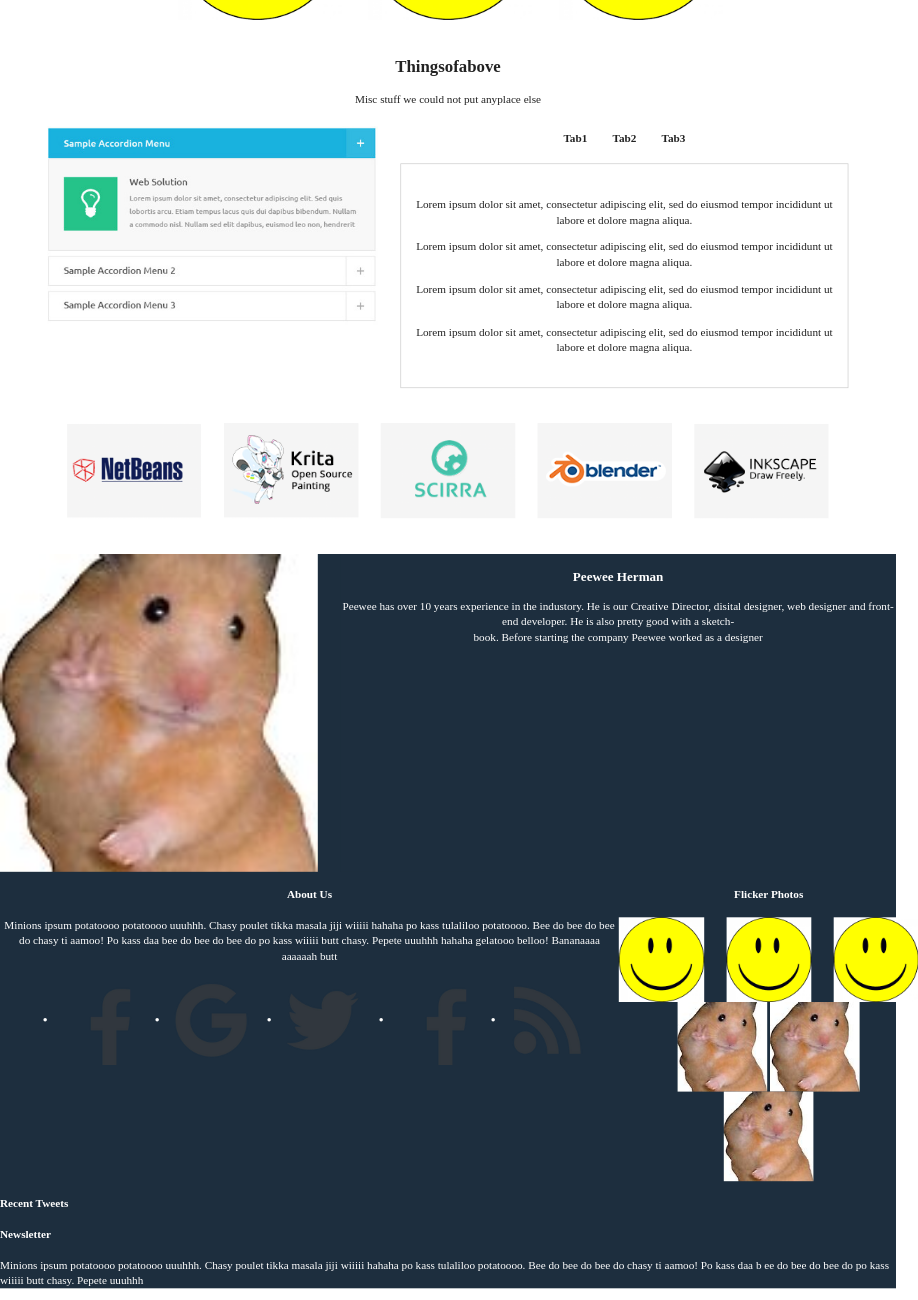
Repository: KanaKimishima/project1-responsive
Page: index.html
The author's editor kept a copy of each file at every save. The page is drawn from the files as they stood at one save, then again after a run of saves.
The browser window is 1280 px wide. The page is 1312 px wide, so the pictures cover 1312 px, including what lies to the right of the window. The pictures show the part of the page from y = 2178 to 4058 px (the page is 4035 px tall before and 4058 px after), at 70% of full size.

Above is the page before, as saved 2023-02-06 22:23:38.

### index.html
<!doctype html>
<html class="no-js" lang="">

<head>
  <meta charset="utf-8">
  <title></title>
  <meta name="description" content="">
  <meta name="viewport" content="width=device-width, initial-scale=1">

  <meta property="og:title" content="">
  <meta property="og:type" content="">
  <meta property="og:url" content="">
  <meta property="og:image" content="">

  <link rel="manifest" href="site.webmanifest">
  <link rel="apple-touch-icon" href="icon.png">
  <!-- Place favicon.ico in the root directory -->

  <link rel="stylesheet" href="css/normalize.css">
  <link rel="stylesheet" href="css/main.css">
</head>

<body class="page page-home">
    <header class="page__header">
        <img src="img/logo.png" alt="" class="logo">
        <a href="/">
            <div class="navTab homeTab">
                <img src="img/Home.png" class="navBarIcons">
                <h5>Home</h5>
            </div>
        </a>
        <a href="/">
            <div class="navTab pagesTab">
                <img src="img/pages.png" class="navBarIcons">
                <h5> Pages</h5>
            </div>
        </a>
        <a href="/">
            <div class="navTab blogTab">
                <img src="img/blog.png" class="navBarIcons">
                <h5>Blog</h5>
            </div>
        </a>
        <a href="/">
            <div class="navTab portfolioTab">
                <img src="img/profolio.png" class="navBarIcons">
                <h5>Portfolio</h5>
            </div>
        </a>
        <a href="/">
            <div class="navTab home2Tab">
                <img src="img/home2.png" class="navBarIcons">
                <h5>Home2</h5>
            </div>
        </a>
    </header> <!-- page__header ends here-->

    <div class="page_slide_column">
        <div class="row">
            <img class="minion" src="img/minion.jpg" alt>
        </div>
    </div> <!-- page_slide_column ends here-->


    <div class="page__intro">
        <div class="row">
            <h1 class="heading">Hey guys! This is the <span class="text-color">Metrolics</span> theme. <br>It sports a responsive layout with a mobile layout.</h1>
        </div>
    </div> <!-- page__intro ends here-->

    <section class="about">
        <div class="row">
            <div class="column">
                <h2 class="heading">Things That We Do</h2>
                <p class="text">ask us what we can do for you.</p>
            </div>
        </div>
        <div class="row">
            <div class="column">
                <img src="img/solutions.png" class="things">
                <h3 class="heading">Web Solutions</h3>
                <p class="text">We are a fairly small, flexible design studio that designs for print and web. We work flexibly with clients to fulfil their design needs. Whether you need to create a brand from scratch, including marketing materials and a beautiful and functional website or whether you are looking for a design refresh we are confident you will be pleased with the results.</p>
            </div>
            <div class="column">
                <img src="img/photo.png"  class="things">
                <h3 class="heading">Photography</h3>
                <p class="text">We are a fairly small, flexible design studio that designs for print and web. We work flexibly with clients to fulfil their design needs. Whether you need to create a brand from scratch, including marketing materials and a beautiful and functional website or whether you are looking for a design refresh we are confident you will be pleased with the results.</p>
            </div>
            <div class="column">
                <img src="img/web development.png" class="things">
                <h3 class="heading">Web Development</h3>
                <p class="text">We are a fairly small, flexible design studio that designs for print and web. We work flexibly with clients to fulfil their design needs. Whether you need to create a brand from scratch, including marketing materials and a beautiful and functional website or whether you are looking for a design refresh we are confident you will be pleased with the results.</p>
            </div>
            <div class="column">
                <img src="img/design.png" class="things">
                <h3 class="heading">Web Design</h3>
                <p class="text">We are a fairly small, flexible design studio that designs for print and web. We work flexibly with clients to fulfil their design needs. Whether you need to create a brand from scratch, including marketing materials and a beautiful and functional website or whether you are looking for a design refresh we are confident you will be pleased with the results.</p>
            </div>
        </div>
    </section> <!-- about ends here-->


    <section class="projects--new">
        <div class="row">
            <div class="secondHeader">
                <h2 class="heading">What's up Lately?</h2>
                <p class="text">Read up on our latest work</p>
            </div>
        </div>
        <div class="row">
            <div class="column">
                <img src="img/Happy.png" class="happy" alt="">

            </div>
            <div class="column">
                <img src="img/Happy.png" class="happy" alt="">
            </div>
            <div class="column">
                <img src="img/Happy.png" class="happy" alt="">
            </div>
        </div>
    </section> <!-- projects--new ends here-->

    <section class="projects">
        <div class="row">
            <div class="heading">
                <h2 class="heading">Our Latest Projects</h2>
                <p class="text">Client happy? We are happy.</p>
            </div>
        </div>
        <div class="row happyimages">
            <div class="column">
                <img src="img/Happy.png" class="happy" alt="">
            </div>
            <div class="column">
                <img src="img/Happy.png" class="happy" alt="">
            </div>
            <div class="column">
                <img src="img/Happy.png" class="happy" alt="">
            </div>
        </div>
        <div class="row happyimages">
            <div class="column">
                <img src="img/Happy.png" class="happy" alt="">
            </div>
            <div class="column">
                <img src="img/Happy.png" class="happy" alt="">
            </div>
            <div class="column">
                <img src="img/Happy.png" class="happy" alt="">
            </div>
        </div>
    </section> <!-- projects ends here-->

    <section class="thingsofabove">
        <div class="row">
            <div class="heading">
                <h2 class="heading">Thingsofabove</h2>
                <p class="text">Misc stuff we could not put anyplace else</p>
            </div>
        </div>
        <div class="row">
            <div class="column">
                <div class="sampleaccordion">
                    <img src="img/accordion.png" alt="">
                </div>
            </div>
            <div class="column">
                <div class="tabset">
                    <!-- Tab 1 -->
                    <input type="radio" name="tabset" id="tab1" aria-controls="marzen" checked>
                    <label for="tab1">Tab1</label>
                    <!-- Tab 2 -->
                    <input type="radio" name="tabset" id="tab2" aria-controls="rauchbier">
                    <label for="tab2">Tab2</label>
                    <!-- Tab 3 -->
                    <input type="radio" name="tabset" id="tab3" aria-controls="dunkles">
                    <label for="tab3">Tab3</label>

                    <div class="tab-panels">
                        <section id="marzen" class="tab-panel">
                            <p>Lorem ipsum dolor sit amet, consectetur adipiscing elit, sed do eiusmod tempor incididunt ut labore et dolore magna aliqua.</p>
                            <p>Lorem ipsum dolor sit amet, consectetur adipiscing elit, sed do eiusmod tempor incididunt ut labore et dolore magna aliqua.</p>
                            <p>Lorem ipsum dolor sit amet, consectetur adipiscing elit, sed do eiusmod tempor incididunt ut labore et dolore magna aliqua.</p>
                            <p>Lorem ipsum dolor sit amet, consectetur adipiscing elit, sed do eiusmod tempor incididunt ut labore et dolore magna aliqua.</p>
                        </section>
                        <section id="rauchbier" class="tab-panel">
                            <p>tab2 Lorem ipsum dolor sit amet, consectetur adipiscing elit, sed do eiusmod tempor incididunt ut labore et dolore magna aliqua.</p>
                        </section>
                        <section id="dunkles" class="tab-panel">
                            <p>tab3 tab3 tab3 tab3 Lorem ipsum dolor sit amet, consectetur adipiscing elit, sed do eiusmod tempor incididunt ut labore et dolore magna aliqua.</p>
                        </section>
                    </div>
                </div>
            </div>
        </div>
    </section> <!-- thingsofabove ends here-->

    <section class="sponsors">
        <div class="row">
            <img class="sponser" src="img/NetBeans.png" alt="placeholder">
            <img class="sponser" src="img/KRITA.png" alt="placeholder">
            <img class="sponser" src="img/SCIRRA.png" alt="placeholder">
            <img class="sponser" src="img/blender.png" alt="placeholder">
            <img class="sponser" src="img/ink.png" alt="placeholder">
        </div>
    </section> <!-- sponsers ends here-->

    <footer class="page__footer">
        <div class="page__footer__intro row">
                <img src="img/meme.jpg" alt="hamstermeme">
                <div class="page__footer heading">
                    <h3>Peewee Herman</h3>
                    <p>Peewee has over 10 years experience in the industory. He is our Creative Director, disital designer, web designer and front-end developer. He is also pretty good with a sketch-<br>book. Before starting the company Peewee worked as a designer</p>
                </div>
        </div>
        <div class="row">
            <div class="column">
                <h4>About Us</h4>
                <div class="sns_icons">
                    <p>Minions ipsum potatoooo potatoooo uuuhhh. Chasy poulet tikka masala jiji wiiiii hahaha po kass tulaliloo potatoooo. Bee do bee do bee do chasy ti aamoo! Po kass daa bee do bee do bee do po kass wiiiii butt chasy. Pepete uuuhhh hahaha gelatooo belloo! Bananaaaa aaaaaah butt</p>
                    <ul class="sns-icons row">
                        <li><img src="img/facebook.png" alt=""></li>
                        <li><img src="img/google.png" alt=""></li>
                        <li><img src="img/twitter.png" alt=""></li>
                        <li><img src="img/facebook.png" alt=""></li>
                        <li><img src="img/rss.png" alt=""></li>
                    </ul>
                </div>
            </div>

            <div class="flicker column">
                <h4>Flicker Photos</h4>
                <div class="flicker-imgs row">
                    <img src="img/Happy.png" alt="">
                    <img src="img/Happy.png" alt="">
                    <img src="img/Happy.png" alt="">
                </div>
                <div class="flicker-imgs row"></div>
                    <img src="img/meme.jpg" alt="">
                    <img src="img/meme.jpg" alt="">
                    <img src="img/meme.jpg" alt="">
                </div>
            </div>
            <div class="column">
                <h4>Recent Tweets</h4>
            </div>
            <div class="column">
                <h4>Newsletter</h4>
                <p>Minions ipsum potatoooo potatoooo uuuhhh. Chasy poulet tikka masala jiji wiiiii hahaha po kass tulaliloo potatoooo. Bee do bee do bee do chasy ti aamoo! Po kass daa b ee do bee do bee do po kass wiiiii butt chasy. Pepete uuuhhh </p>
                <div class="">

            </div>
        </div>
    </footer> <!-- page--footer ends here-->

  <script src="js/vendor/modernizr-3.11.2.min.js"></script>
  <script src="js/plugins.js"></script>
  <script src="js/main.js"></script>

  <!-- Google Analytics: change UA-XXXXX-Y to be your site's ID. -->
  <script>
    window.ga = function () { ga.q.push(arguments) }; ga.q = []; ga.l = +new Date;
    ga('create', 'UA-XXXXX-Y', 'auto'); ga('set', 'anonymizeIp', true); ga('set', 'transport', 'beacon'); ga('send', 'pageview')
  </script>
  <script src="https://www.google-analytics.com/analytics.js" async></script>
</body>

</html>

### css/main.css
/** Hedieh Starts CSS**/
/*Nav Bar*/
:root {
  --green: #25c389;
  --yellow: #ffb901;
  --red: #de6262;
  --lightBlue: #1691bd;
  --darkBlue: #166ba2;
  --padding-d: 0 20vw;
  --gap-d: 2em;
}

.row {
  display: flex;
  gap: var(--gap-d);
  text-align: center;
  justify-content: center;
}

.page__header {
  display: flex;
  justify-content: center;
}

.logo {
  object-fit: contain;
}

.navTab>h5 {
  color: white;
  position: absolute;
  padding: 1em;
  margin: 0;
}

.navBarIcons {
  display: flex;
  justify-content: center;
  align-items: center;
  width: 3em;
  height: 3em;
}

.navBarIcons img {
  width: 10em;
  height: 20em;
  object-fit: cover;
}

.navTab {
  height: 5em;
  width: 8em;

}

.homeTab {
  background-color: var(--green);
}

.pagesTab {
  background-color: var(--yellow);
}

.blogTab {
  background-color: var(--red);
}

.portfolioTab {
  background-color: var(--lightBlue);
}

.home2Tab {
  background-color: var(--darkBlue);
}

.things{
  height: 6em;
  width: 6em;
  object-fit: cover;
}

.text-color {
  color: #1691bd;
}

.second-col img{
  width: 33.3vw;
  height: 100%;
}



.happy {
  margin-top: 20px;
  height: 15em;
  object-fit: cover;
}

/** Hedieh Ends CSS**/

.thingsofabove {
  justify-content: center;
  margin-top: 30px;
}

.sampleaccordion {
  margin-top: 10px;
}


.tabset > input[type="radio"] {
  position: absolute;
  left: -200vw;
}

.tabset .tab-panel {
  display: none;
}

.tabset > input:first-child:checked ~ .tab-panels > .tab-panel:first-child,
.tabset > input:nth-child(3):checked ~ .tab-panels > .tab-panel:nth-child(2),
.tabset > input:nth-child(5):checked ~ .tab-panels > .tab-panel:nth-child(3),
.tabset > input:nth-child(7):checked ~ .tab-panels > .tab-panel:nth-child(4),
.tabset > input:nth-child(9):checked ~ .tab-panels > .tab-panel:nth-child(5),
.tabset > input:nth-child(11):checked ~ .tab-panels > .tab-panel:nth-child(6) {
  display: block;
}

.tabset > label {
  position: relative;
  display: inline-block;
  padding: 15px 15px 25px;
  border: 1px solid transparent;
  border-bottom: 0;
  cursor: pointer;
  font-weight: 600;
}

.tab-panel {
  padding: 30px 0;
  border: 1px solid #ccc;
}

.tabset {
  max-width: 40em;
}
/** Tab section ends **/
.sponsors {
  margin: 50px 0;
  width: 100%;
}

.sponser{
  object-fit: cover;
  width: 15%;
}
/** sponser section ends **/

.page__footer {
  background-color: #1d2e3e;
  color: #fff;
}

.page__footer__intro {
  display: flex;
}

.page__footer__intro img {
  object-fit: cover;
  width: 50%;
}

.flicker-imgs img {
  width: 33.3%;
}



/** footer section ends **/


/*! HTML5 Boilerplate v8.0.0 | MIT License | https://html5boilerplate.com/ */

/* main.css 2.1.0 | MIT License | https://github.com/h5bp/main.css#readme */
/*
 * What follows is the result of much research on cross-browser styling.
 * Credit left inline and big thanks to Nicolas Gallagher, Jonathan Neal,
 * Kroc Camen, and the H5BP dev community and team.
 */

/* ==========================================================================
   Base styles: opinionated defaults
   ========================================================================== */

html {
  color: #222;
  font-size: 1em;
  line-height: 1.4;
}

/*
 * Remove text-shadow in selection highlight:
 * https://twitter.com/miketaylr/status/12228805301
 *
 * Vendor-prefixed and regular ::selection selectors cannot be combined:
 * https://stackoverflow.com/a/16982510/7133471
 *
 * Customize the background color to match your design.
 */

::-moz-selection {
  background: #b3d4fc;
  text-shadow: none;
}

::selection {
  background: #b3d4fc;
  text-shadow: none;
}

/*
 * A better looking default horizontal rule
 */

hr {
  display: block;
  height: 1px;
  border: 0;
  border-top: 1px solid #ccc;
  margin: 1em 0;
  padding: 0;
}

/*
 * Remove the gap between audio, canvas, iframes,
 * images, videos and the bottom of their containers:
 * https://github.com/h5bp/html5-boilerplate/issues/440
 */

audio,
canvas,
iframe,
img,
svg,
video {
  vertical-align: middle;
}

/*
 * Remove default fieldset styles.
 */

fieldset {
  border: 0;
  margin: 0;
  padding: 0;
}

/*
 * Allow only vertical resizing of textareas.
 */

textarea {
  resize: vertical;
}

/* ==========================================================================
   Author's custom styles
   ========================================================================== */

/* ==========================================================================
   Helper classes
   ========================================================================== */

/*
 * Hide visually and from screen readers
 */

.hidden,
[hidden] {
  display: none !important;
}

/*
 * Hide only visually, but have it available for screen readers:
 * https://snook.ca/archives/html_and_css/hiding-content-for-accessibility
 *
 * 1. For long content, line feeds are not interpreted as spaces and small width
 *    causes content to wrap 1 word per line:
 *    https://medium.com/@jessebeach/beware-smushed-off-screen-accessible-text-5952a4c2cbfe
 */

.sr-only {
  border: 0;
  clip: rect(0, 0, 0, 0);
  height: 1px;
  margin: -1px;
  overflow: hidden;
  padding: 0;
  position: absolute;
  white-space: nowrap;
  width: 1px;
  /* 1 */
}

/*
 * Extends the .sr-only class to allow the element
 * to be focusable when navigated to via the keyboard:
 * https://www.drupal.org/node/897638
 */

.sr-only.focusable:active,
.sr-only.focusable:focus {
  clip: auto;
  height: auto;
  margin: 0;
  overflow: visible;
  position: static;
  white-space: inherit;
  width: auto;
}

/*
 * Hide visually and from screen readers, but maintain layout
 */

.invisible {
  visibility: hidden;
}

/*
 * Clearfix: contain floats
 *
 * For modern browsers
 * 1. The space content is one way to avoid an Opera bug when the
 *    `contenteditable` attribute is included anywhere else in the document.
 *    Otherwise it causes space to appear at the top and bottom of elements
 *    that receive the `clearfix` class.
 * 2. The use of `table` rather than `block` is only necessary if using
 *    `:before` to contain the top-margins of child elements.
 */

.clearfix::before,
.clearfix::after {
  content: " ";
  display: table;
}

.clearfix::after {
  clear: both;
}

/* ==========================================================================
   EXAMPLE Media Queries for Responsive Design.
   These examples override the primary ('mobile first') styles.
   Modify as content requires.
   ========================================================================== */

@media only screen and (min-width: 35em) {
  /* Style adjustments for viewports that meet the condition */
}

@media print,
  (-webkit-min-device-pixel-ratio: 1.25),
  (min-resolution: 1.25dppx),
  (min-resolution: 120dpi) {
  /* Style adjustments for high resolution devices */
}

/* ==========================================================================
   Print styles.
   Inlined to avoid the additional HTTP request:
   https://www.phpied.com/delay-loading-your-print-css/
   ========================================================================== */

@media print {
  *,
  *::before,
  *::after {
    background: #fff !important;
    color: #000 !important;
    /* Black prints faster */
    box-shadow: none !important;
    text-shadow: none !important;
  }

  a,
  a:visited {
    text-decoration: underline;
  }

  a[href]::after {
    content: " (" attr(href) ")";
  }

  abbr[title]::after {
    content: " (" attr(title) ")";
  }

  /*
   * Don't show links that are fragment identifiers,
   * or use the `javascript:` pseudo protocol
   */
  a[href^="#"]::after,
  a[href^="javascript:"]::after {
    content: "";
  }

  pre {
    white-space: pre-wrap !important;
  }

  pre,
  blockquote {
    border: 1px solid #999;
    page-break-inside: avoid;
  }

  /*
   * Printing Tables:
   * https://web.archive.org/web/20180815150934/http://css-discuss.incutio.com/wiki/Printing_Tables
   */
  thead {
    display: table-header-group;
  }

  tr,
  img {
    page-break-inside: avoid;
  }

  p,
  h2,
  h3 {
    orphans: 3;
    widows: 3;
  }

  h2,
  h3 {
    page-break-after: avoid;
  }
}



/*trying to make it responsive* delete later?/
/** small/mobile version */
@media screen and (max-width:29.9375em) {
  .navTab,
  .flickr,
  .newsletter,
  .companies,
  .misc-section,
  .accordion-section,
  .about-socials>h3,
  .about-socials>p {
      display: none;
  }

  h4 {
      margin-bottom: 0;
  }

  nav {
      display: flex;
      justify-content: space-between;
      align-items: center;
  }

  .serviceCard {
      flex-direction: column;
  }

  .recent-news-posts {
      flex-direction: column;
  }

  .recent-news-posts::after {
      width: 50%;
      top: 56.3em;
  }

  .logo {
      width: 100%;
  }

  .logoColumn {
      align-content: center;
      margin-top: 0;
  }

  .row {
      max-width: 70em;
      column-gap: .5rem;
      row-gap: 1.5rem;
      margin: 0 auto;
  }

  .social-icons {
      display: flex;
      gap: 0.5em;
      margin-top: 0.2em;
  }

  .footer-content {
      display: flex;
      flex-direction: column;
  }
}

/** medium only */
@media screen and (min-width:30em) and (max-width:63.9375em) {

  .navTab {
      height: 5em;
      width: 5em;
  }

  .logo {
      width: 100%;
  }

  .serviceCard {
      display: grid;
  }

  .recent-news-posts {
      display: grid;
  }

  .recent-news-posts::after {
      width: 50%;
      top: 29.35em;
  }

  .accordion-section {
      flex-direction: column;
      gap: 1em;
  }


  .footer-content {
      display: grid;
  }
}

/** large only */
@media screen and (min-width:64em) {

}

### js/plugins.js
// Avoid `console` errors in browsers that lack a console.
(function() {
  var method;
  var noop = function () {};
  var methods = [
    'assert', 'clear', 'count', 'debug', 'dir', 'dirxml', 'error',
    'exception', 'group', 'groupCollapsed', 'groupEnd', 'info', 'log',
    'markTimeline', 'profile', 'profileEnd', 'table', 'time', 'timeEnd',
    'timeline', 'timelineEnd', 'timeStamp', 'trace', 'warn'
  ];
  var length = methods.length;
  var console = (window.console = window.console || {});

  while (length--) {
    method = methods[length];

    // Only stub undefined methods.
    if (!console[method]) {
      console[method] = noop;
    }
  }
}());

// Place any jQuery/helper plugins in here.

Loaded but not shown: css/normalize.css (library); js/vendor/modernizr-3.11.2.min.js (library); js/main.js (no stored copy; drawn as an empty file)

After the next 2 saves:
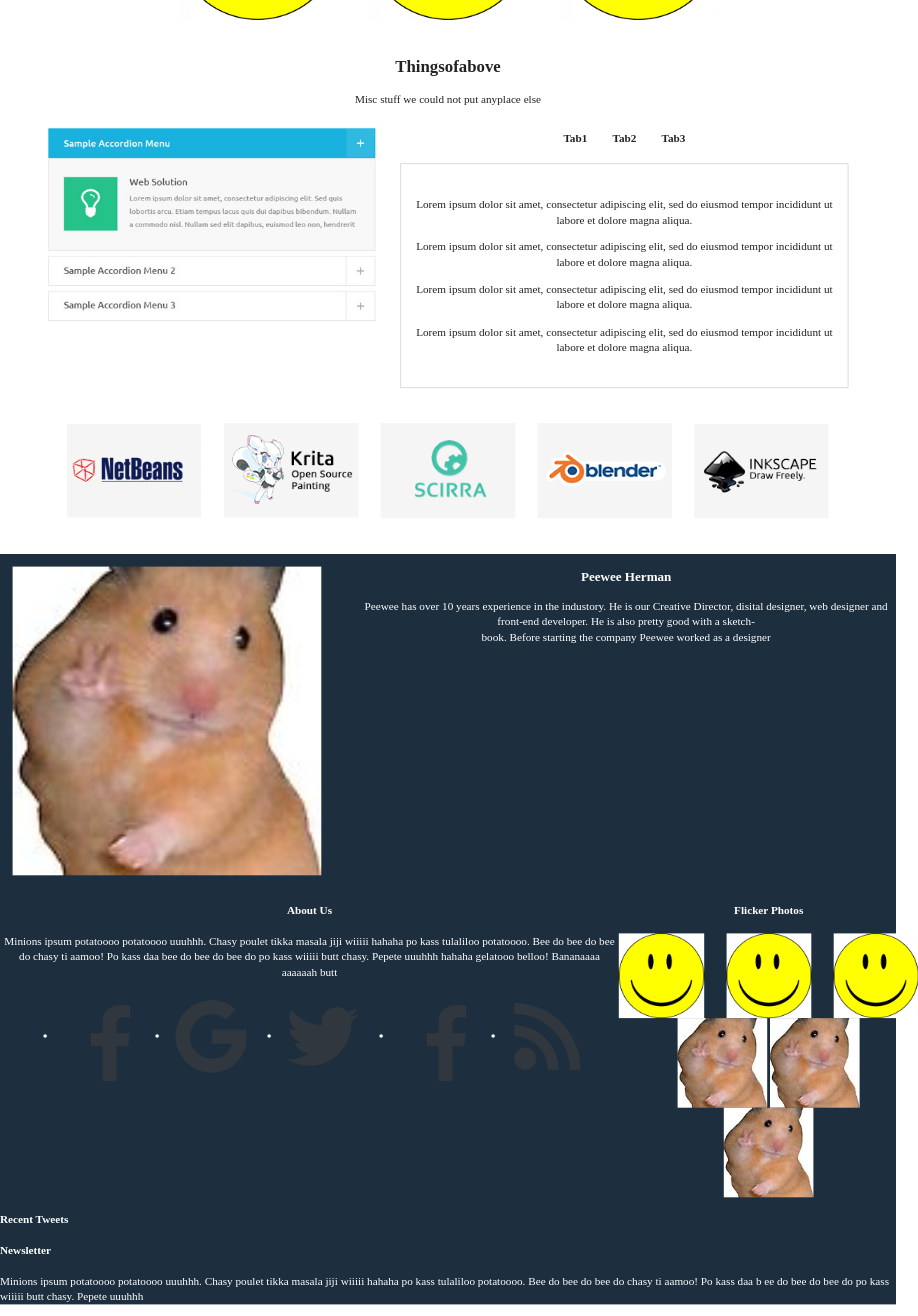
The 2 saves are shown as one change because they came seconds apart.
The last was saved 58 s later.
--- a/css/main.css
+++ b/css/main.css
@@ -168,6 +168,7 @@
 .page__footer__intro img {
   object-fit: cover;
   width: 50%;
+  margin: 18px;
 }
 
 .flicker-imgs img {
